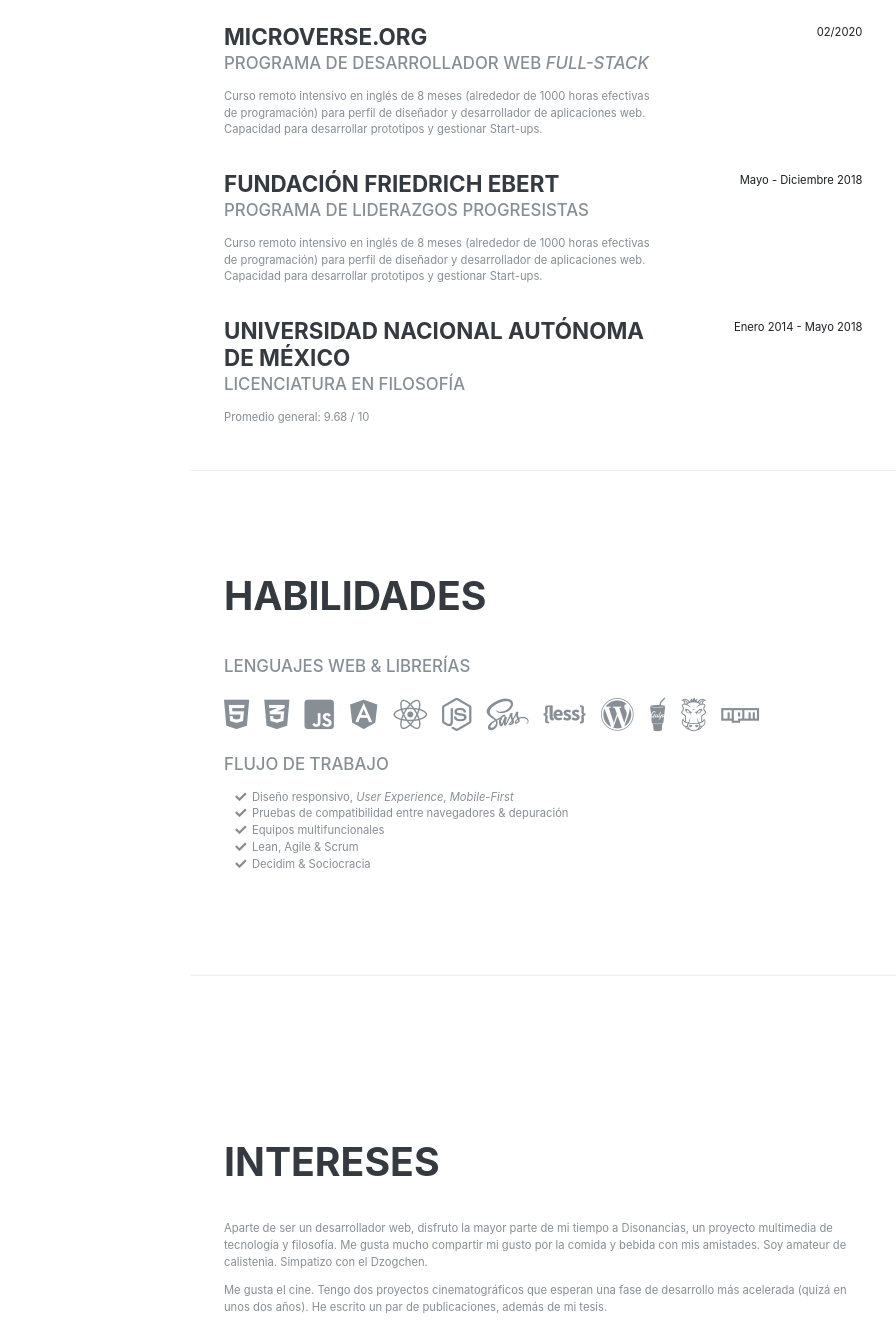
Repository: angel-mora/about-me
Page: es-index.html
The author's editor kept a copy of each file at every save. The page is drawn from the files as they stood at one save, then again after the next save.
The browser window is 1280 px wide. The pictures show the part of the page from y = 1571 to 3491 px (the page is 4406 px tall before and 4382 px after), at 70% of full size.
Some web fonts or font styles are not loaded; a fallback is used.

Above is the page before, as saved 2020-06-30 18:55:23.

After the next save:
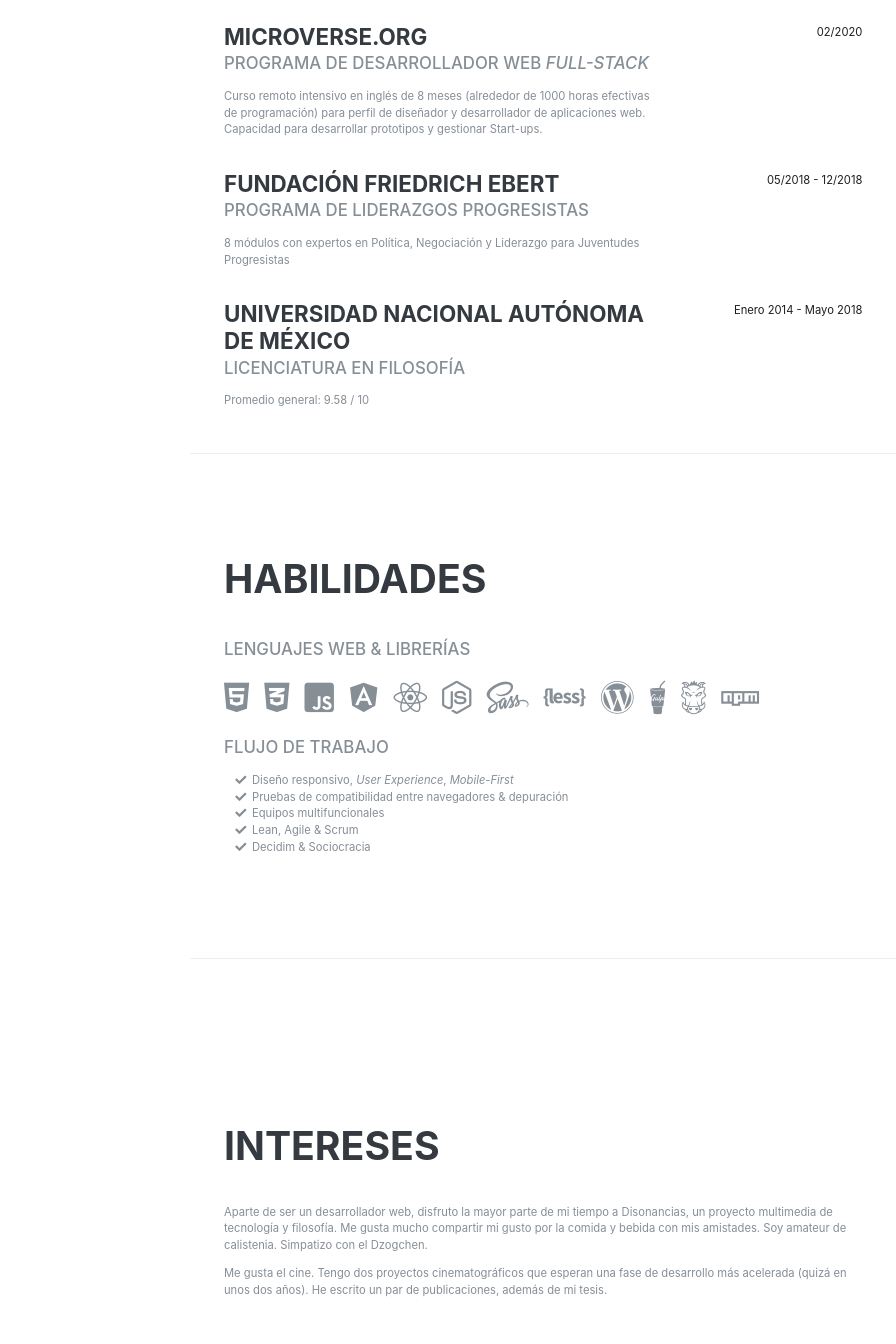
Saved 110 s later.
--- a/es-index.html
+++ b/es-index.html
@@ -125,7 +125,6 @@
                         <h3 class="mb-0">Microverse.org</h3>
                         <div class="subheading mb-3">Programa de Desarrollador Web <i>Full-stack</i></div>
                         <div>Curso remoto intensivo en inglés de 8 meses (alrededor de 1000 horas efectivas de programación) para perfil de diseñador y desarrollador de aplicaciones web.<br>Capacidad para desarrollar prototipos y gestionar Start-ups.</div>
-                        <!-- <p>GPA: 3.23</p> -->
                     </div>
                     <div class="resume-date text-md-right">
                         <span class="text-primary">02/2020</span>
@@ -136,12 +135,11 @@
                     <div class="resume-content">
                         <h3 class="mb-0">Fundación Friedrich Ebert</h3>
                         <div class="subheading mb-3">Programa de Liderazgos Progresistas</div>
-                        <div>Curso remoto intensivo en inglés de 8 meses (alrededor de 1000 horas efectivas de programación) para perfil de diseñador y desarrollador de aplicaciones web.<br>Capacidad para desarrollar prototipos y gestionar Start-ups.
+                        <div>8 módulos con expertos en Política, Negociación y Liderazgo para Juventudes Progresistas
                         </div>
-                        <!-- <p>GPA: 3.23</p> -->
-                    </div>
-                    <div class="resume-date text-md-right">
-                        <span class="text-primary">Mayo - Diciembre 2018</span>
+                    </div>
+                    <div class="resume-date text-md-right">
+                        <span class="text-primary">05/2018 - 12/2018</span>
                     </div>
                 </div>
 
@@ -149,7 +147,7 @@
                     <div class="resume-content">
                         <h3 class="mb-0">Universidad Nacional Autónoma de México</h3>
                         <div class="subheading mb-3">Licenciatura en Filosofía</div>
-                        <p>Promedio general: 9.68 / 10</p>
+                        <p>Promedio general: 9.58 / 10</p>
                     </div>
                     <div class="resume-date text-md-right">
                         <span class="text-primary">Enero 2014 - Mayo 2018</span>
